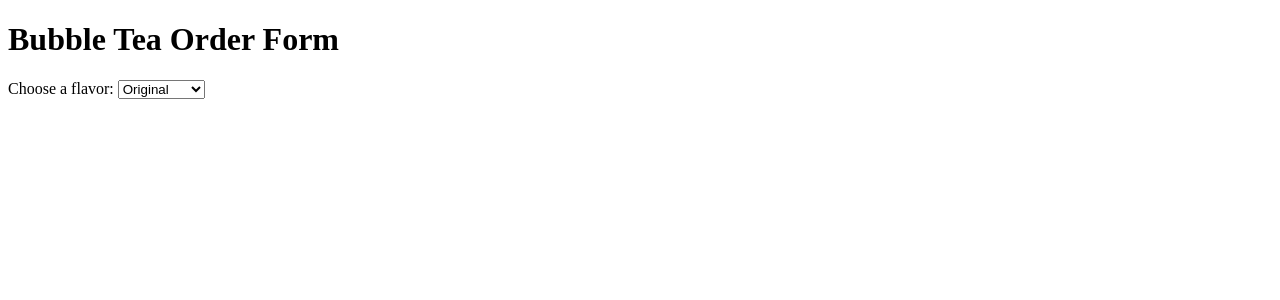
Repository: liulian26/CS5610
Page: lab3/index.html
An editor plug-in stored every save of this project. The page is shown before and after the next save, followed by the edit.
The browser window is 1280 px wide. The pictures show the whole page.

Above is the page before, as saved 2025-01-30 17:32:37.

### lab3/index.html
<!DOCTYPE html>
<html lang="en">
  <head>
    <meta charset="utf-8" />
    <title>Bubble Tea ordering system</title>
    <link rel="stylesheet" href="css/styles.css" />
    <script defer src="js/script.js"></script>
  </head>

  <body>
    <main>
      <form id="bubbleTeaForm">
        <h1>Bubble Tea Order Form</h1>

        <!--- choose a flavor -->
        <label for="flavor">Choose a flavor:</label>
        <select id="flavor">
          <option value="original">Original</option>
          <option value="mango">Mango</option>
          <option value="strawberry">Strawberry</option>
        </select>




      </form>
    </main>
  </body>
</html>

### week4/js/script.js
// let user;
// do{let user = prompt("What is your name?");
// } while (isNaN(user) === false || user.length === 1);

// console.log(typeof user);

let students = [
    {
        name: "Cristian",
        age: 30,
        location: "Vancouver"
     },
     {
        name: "James",
        age: 40,
        location: "Toronto"
     },
     {
        name: "Garry",
        age: 20,
        location: "Vancouver"
     },
];

// function that student is in Vancouver
function findstudentinvancouver() {
    let vancouverStudents = [];
    for(let i = 0; i < students.length; i++){
        if(students[i].location === "Vancouver"){
            // console.log student name lives in Vancouver
            console.log('${student[i].name} lives in  ${student[i].location}');
            vancouverStudents.push(students[i]);
            }
        }
        return vancouverStudents;
}

const returnedArray = findstudentinvancouver();
console.log(returnedArray);

Loaded but not shown: lab3/css/styles.css (no stored copy; drawn as an empty file)

After the next save:
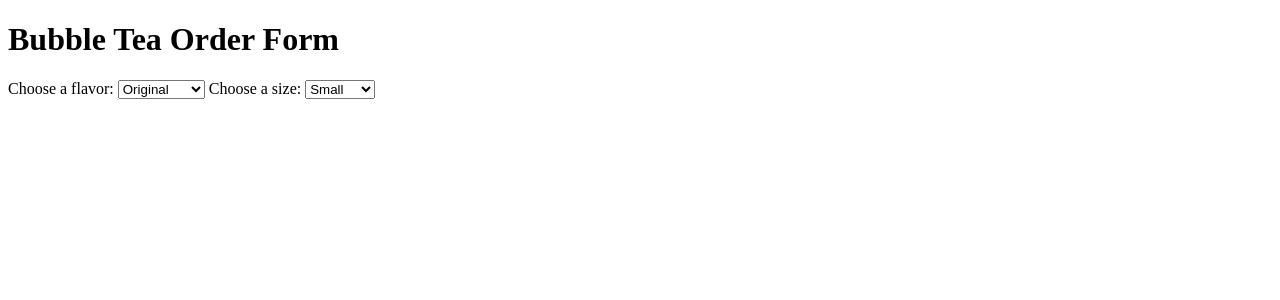
Saved 2 min 30 s later.
--- a/lab3/index.html
+++ b/lab3/index.html
@@ -20,6 +20,14 @@
           <option value="strawberry">Strawberry</option>
         </select>
 
+        <!--- choose a size -->
+        <label for="size">Choose a size:</label>
+        <select id = "size">
+          <option value="small">Small</option>
+          <option value="medium">Medium</option>
+          <option value="large">Large</option>
+        </select>
+
 
 
 
